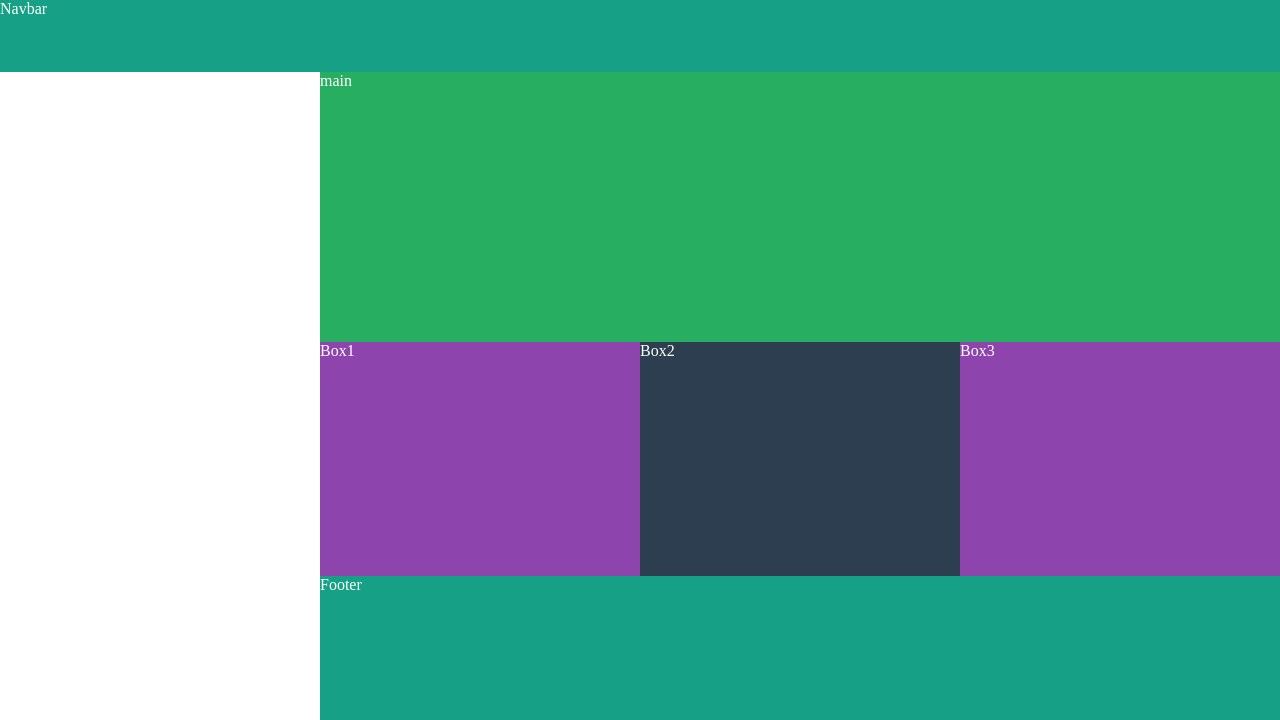
Repository: nazmulhaquep/WebDesign
Page: LayoutHtmlCss/index.html
The author's editor kept a copy of each file at every save. The page is drawn from the files as they stood at one save, then again after the next save.
The browser window is 1280 px wide. The pictures show the whole page.

Above is the page before, as saved 2023-11-26 12:19:25.

After the next save:
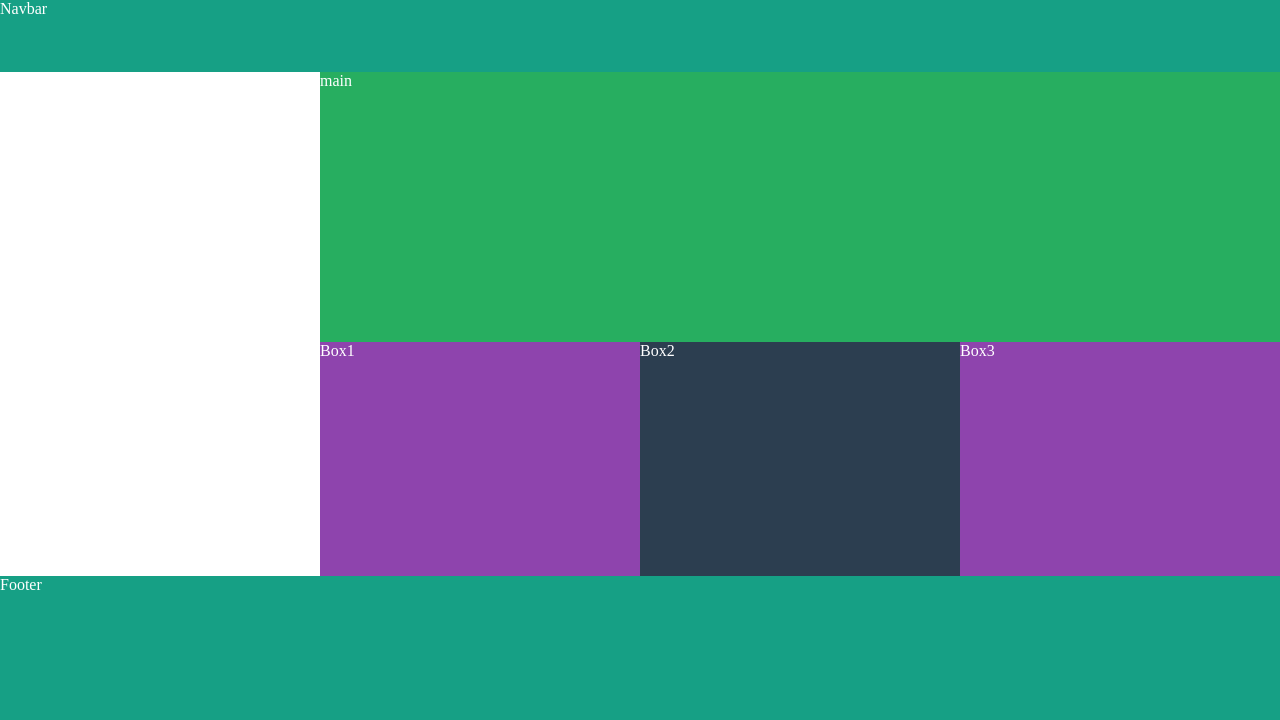
Saved 53 s later.
--- a/LayoutHtmlCss/style.css
+++ b/LayoutHtmlCss/style.css
@@ -15,7 +15,7 @@
    grid-template-areas: "navbar navbar navbar navbar"
                         "Sidebar main main main"
                         "Sidebar box1 box2 box3"
-                        "Sidebar footer footer footer";
+                        "footer footer footer footer";
 }
 
 nav{
